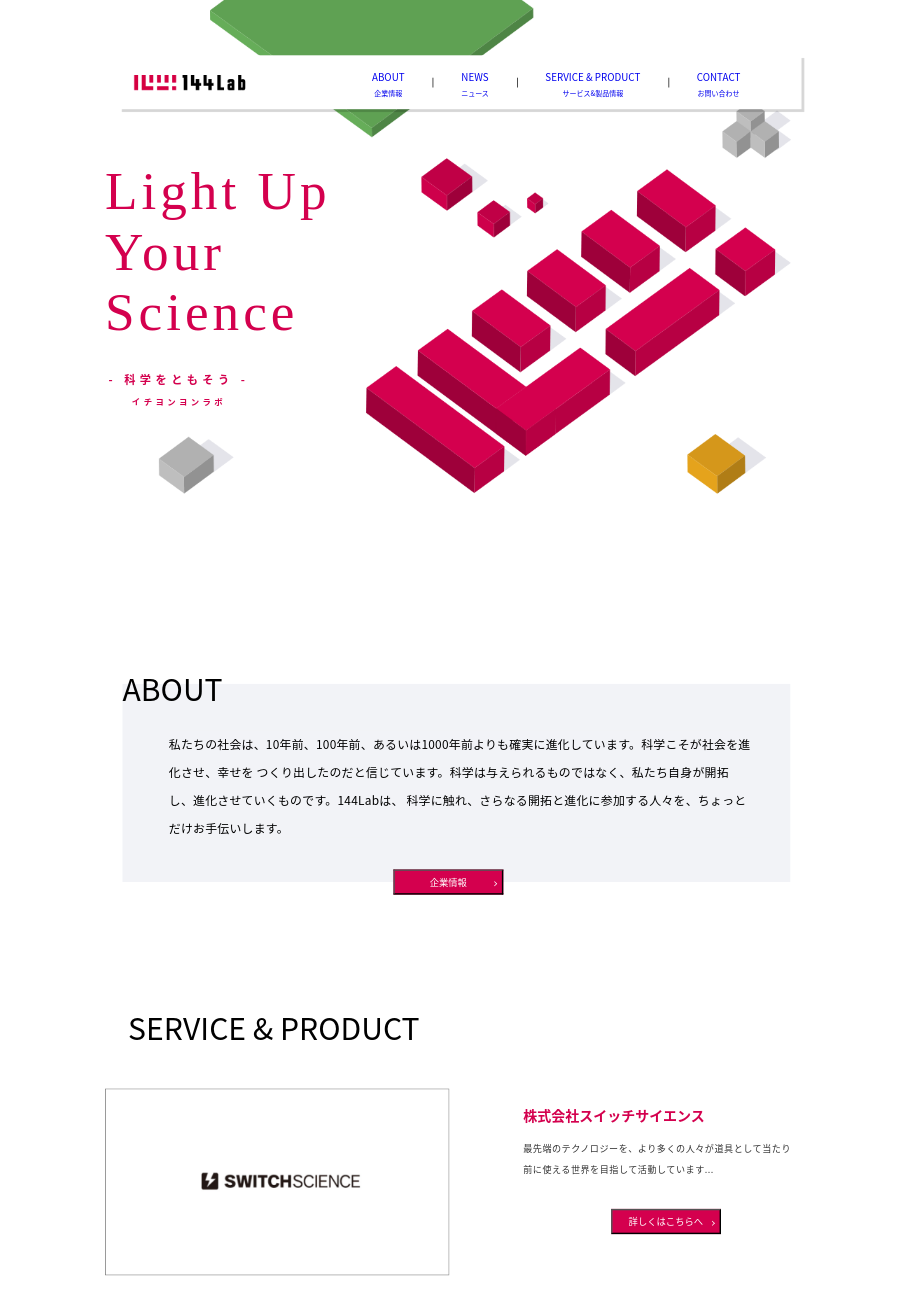
Repository: ppmp556/light-up
Page: index.html
These files come from the project's save history. The page is drawn as it stood at one moment and after the next save; the edit follows.
The browser window is 1280 px wide. The page is 1280 px wide, then 1295 px, so the pictures cover 1295 px, including what lies to the right of the window. The pictures show the part of the page from y = 0 to 1880 px (the page is 3966 px tall before and 3578 px after), at 70% of full size.
Some web libraries are served in a nearby version.

Above is the page before, as saved 2020-04-03 22:07:07.

After the next save:
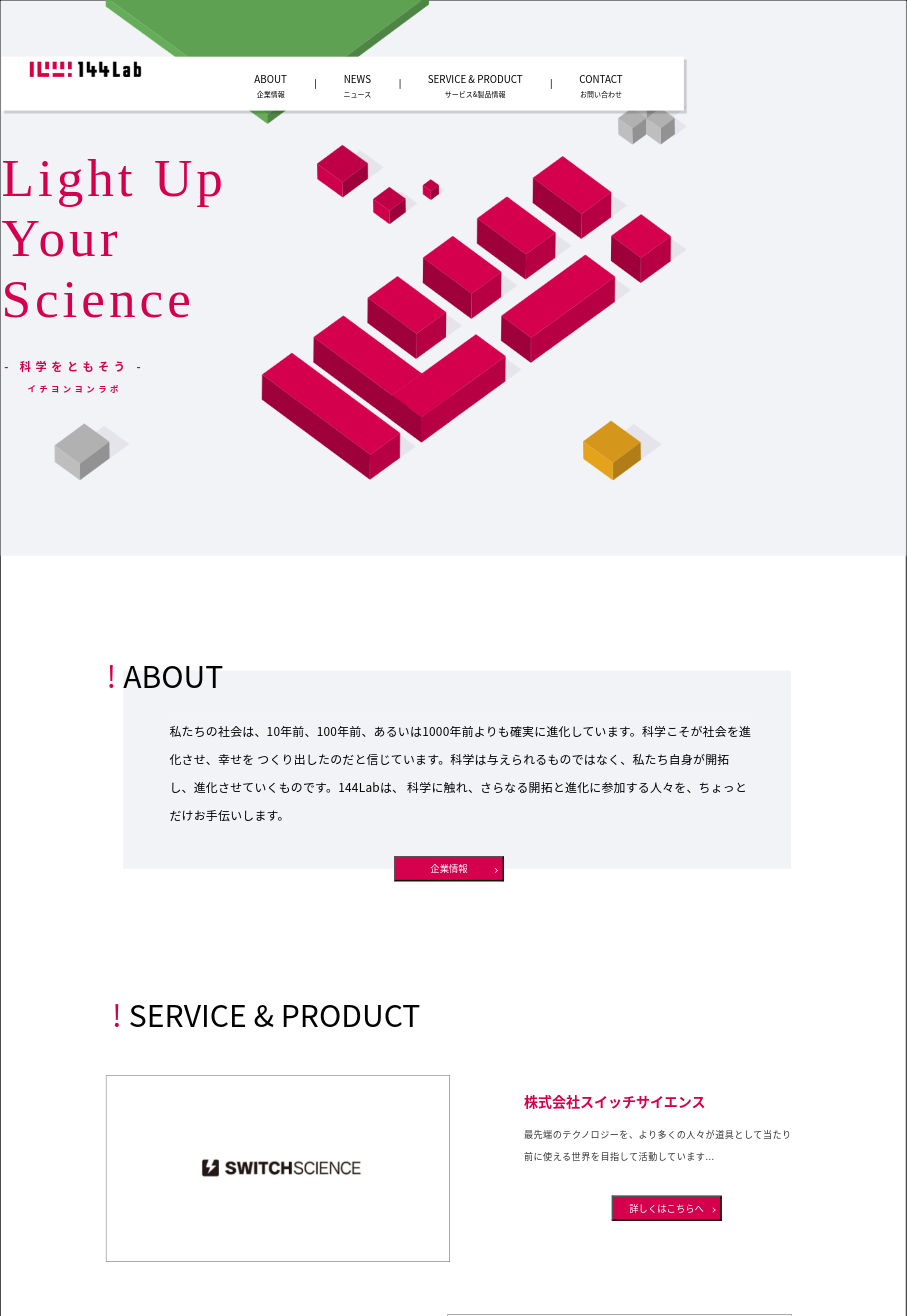
Saved 62 min 30 s later.
--- a/main.css/main.css
+++ b/main.css/main.css
@@ -37,13 +37,18 @@
 caption, th{text-align: left;}
 a:focus {outline:none;}
 
+
+
 body {
     color: #000000;
     background-color: #ffffff;
     font-family: "Noto Sans CJK JP";
-    width: 1280px;
-    margin-right: auto;
-    margin-left : auto;
+    width: 1295px;
+
+    /* 全体を中央寄せ */
+    margin: 0 auto;
+
+    border: 1px solid #000;
 }
 
 *,*::before, *::after {
@@ -52,10 +57,21 @@
 
 a:link, a:visited, a:hover, a:active { /*テキストデフォルト下線外し*/
     text-decoration: none;
-}
-
+    color: black;
+}
+
+
+.content-wrapper {
+    position: relative;
+    min-height: 100%;
+    margin: 0 auto;
+
+
+}
 
 /*css共通ここまで*/
+
+
 
 /*オブジェクト*/
 
@@ -110,11 +126,13 @@
 /*header*/
 .header {
     position: relative;
-    max-width: 1280px;
+    /* max-width: 1295px; */
     height: 793px;
-    background-color: #ffffff;
+    background-color: #f2f3f7;
     text-align: center;
-    margin: 0 150px;
+    margin: 0 auto;
+    padding: 1px;/*ヘッダー上部の隙間を消すため*/
+
 }
 
     /*サイトタイトル*/
@@ -163,6 +181,7 @@
     margin: 20px;
     box-shadow: 4px 4px 1px rgba(0, 0, 0, 0.16);
     box-sizing: border-box;
+    left: -20px;
 }
 
 
@@ -263,8 +282,8 @@
     margin-left: 23.9px;
 }
 
-/*
-.about-title::before {
+/* ！の疑似要素 */
+h2::before {
     width: 9px;
     height: 60.41px;
     content: "! ";
@@ -272,8 +291,9 @@
     position: absolute;
     left: -23.9px;
 
-}
-*/
+
+}
+
 .about-text {
     text-align: left;
     background-color: #f2f3f7;
@@ -349,8 +369,8 @@
 
 }
 
-/*
-.product-title::before {
+
+/* .product-title::before {
     width: 9px;
     height: 60.41px;
     content: "! ";
@@ -358,8 +378,8 @@
     position: absolute;
     left: -23.9px;
 
-}
-*/
+} */
+
 
 .product-wrapper {
     list-style: none;
@@ -488,8 +508,8 @@
     left: 32.95px;
 }
 
-/*
-.news-title::before {
+
+/* .news-title::before {
     width: 9px;
     height: 60.41px;
     content: "! ";
@@ -497,8 +517,8 @@
     position: absolute;
     left: -23.9px;
 
-}
-*/
+} */
+
 
 .list{ /*履歴大枠*/
     border: #707070;
@@ -611,12 +631,12 @@
 
 /*footerここから*/
 .footer {
-    position: relative;
+    /* position: relative; */
+    position: absolute;
     width: 100%;
     height: 261px;
     background-color: #333333;
-    top: 96.6px;
-    bottom: 0;
+    bottom: 0px;
 }
 
 
@@ -654,21 +674,49 @@
 }
 
 .share-search {
-    position: relative;
-
-}
-.share-logo {
+
+    display: flex;
+    flex-direction: column;
+    align-items: center;
+
+
+}
+
+.share-title {
+    color: #ffffff;
+    margin-top: 34px;
+    padding: 20px;
+}
+
+
+/* シェアアイコン */
+
+.share-wrapper {
+    display: flex;
+    width: 97px;
+    justify-content: space-between;
+    align-items: center;
+}
+
+
+.my-icon {
+    color: #ffffff;
+    z-index: 10;
+}
+
+
+
+/* .share-logo {
     position: relative;
     top: 50.9px;
     left: 592px;
-}
-
-.search-input {
+} */
+
+.search-btn {
     position: relative;
     width: 157.12px;
     height: 35.8px;
-    top: 102.9px;
-    left: 462px;
+    background-color: #ffffff;
 }
 
 
@@ -680,10 +728,11 @@
     line-height: 3.1;
     letter-spacing: 0.040em;
     position: absolute;
-    top: 170.9px;
-    left: 450px;
-    margin-top: 32.2px;
-    margin-bottom: 28.9px;
+    /* top: 170.9px;
+    left: 450px; */
+    /* margin-top: 32.2px;
+    margin-bottom: 28.9px; */
+    border: 1px #707070;
 
 }
 
